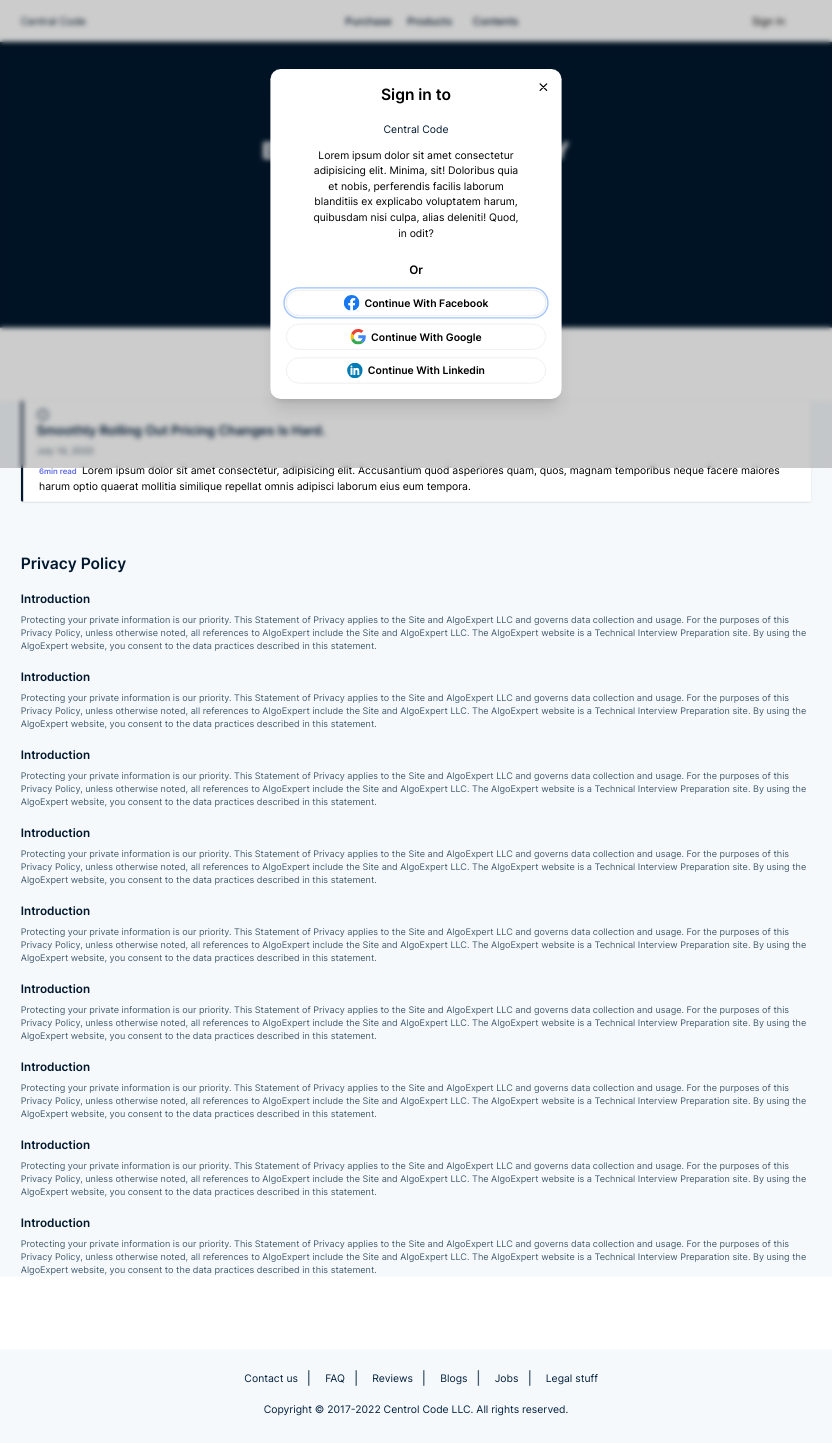
Repository: om1ars/Xjkey
Page: /privacy
An editor plug-in stored every save of this project. The page is shown before and after the next save, followed by the edit.
The browser window is 1280 px wide. The pictures show the whole page, at 65% of full size.
The project was rebuilt for these pictures with package versions that can differ from the ones it lists, and the page was loaded fresh each time. The framework's server and built-in components were replaced by stand-ins that run in the browser. Also part of the build but not shown: next.config.js.

Above is the page before, as saved 2022-03-20 23:39:17.

After the next save:
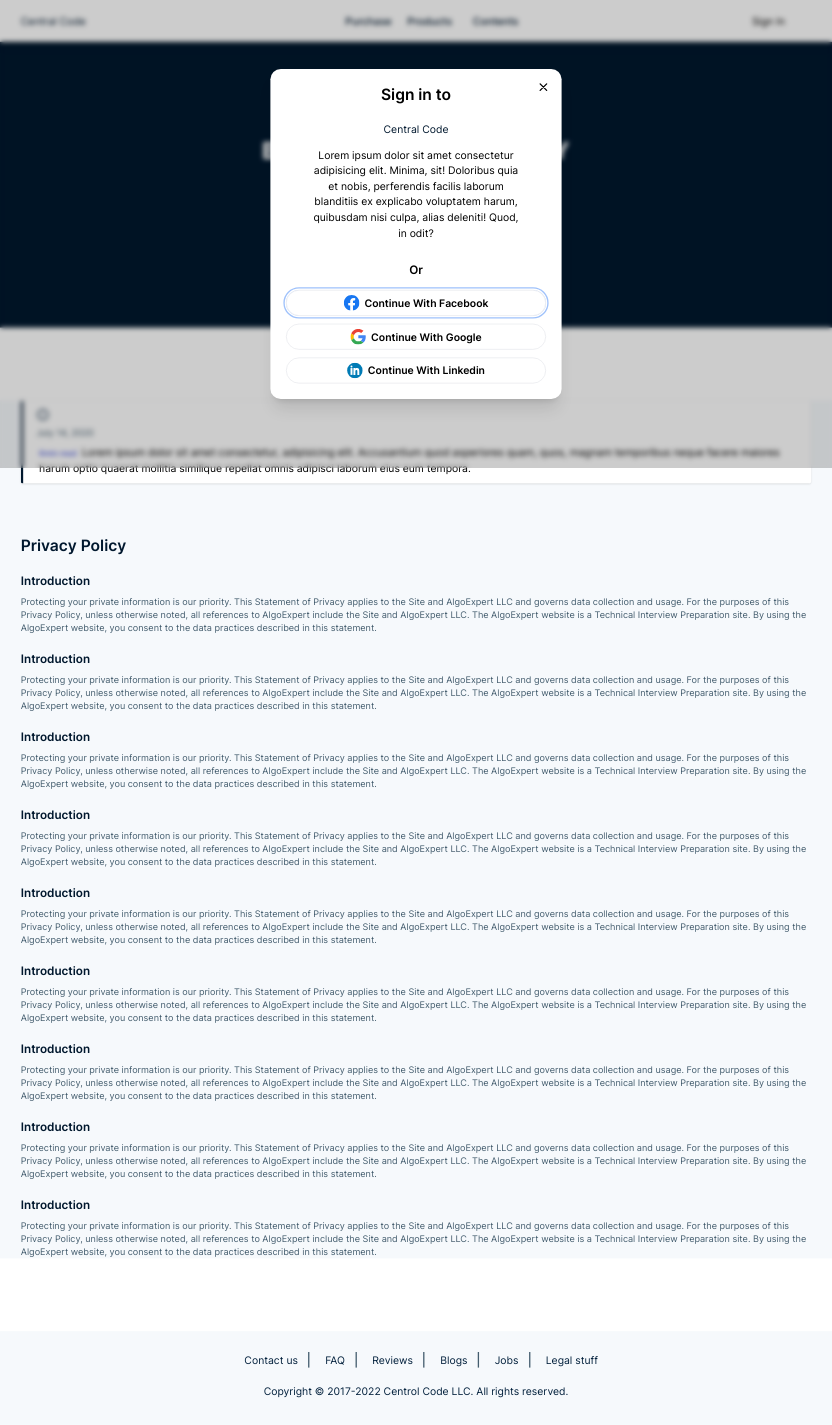
Saved 6 s later.
--- a/src/pages/privacy.tsx
+++ b/src/pages/privacy.tsx
@@ -19,7 +19,6 @@
 
                   <AiOutlineInfoCircle />
 
-                  Smoothly Rolling Out Pricing Changes Is Hard.
                 </h6>
                 <h4 className="mt-2 mb-2  text-left text-sm text-textColor">
                   July 14, 2020

After the 3 saves that followed:
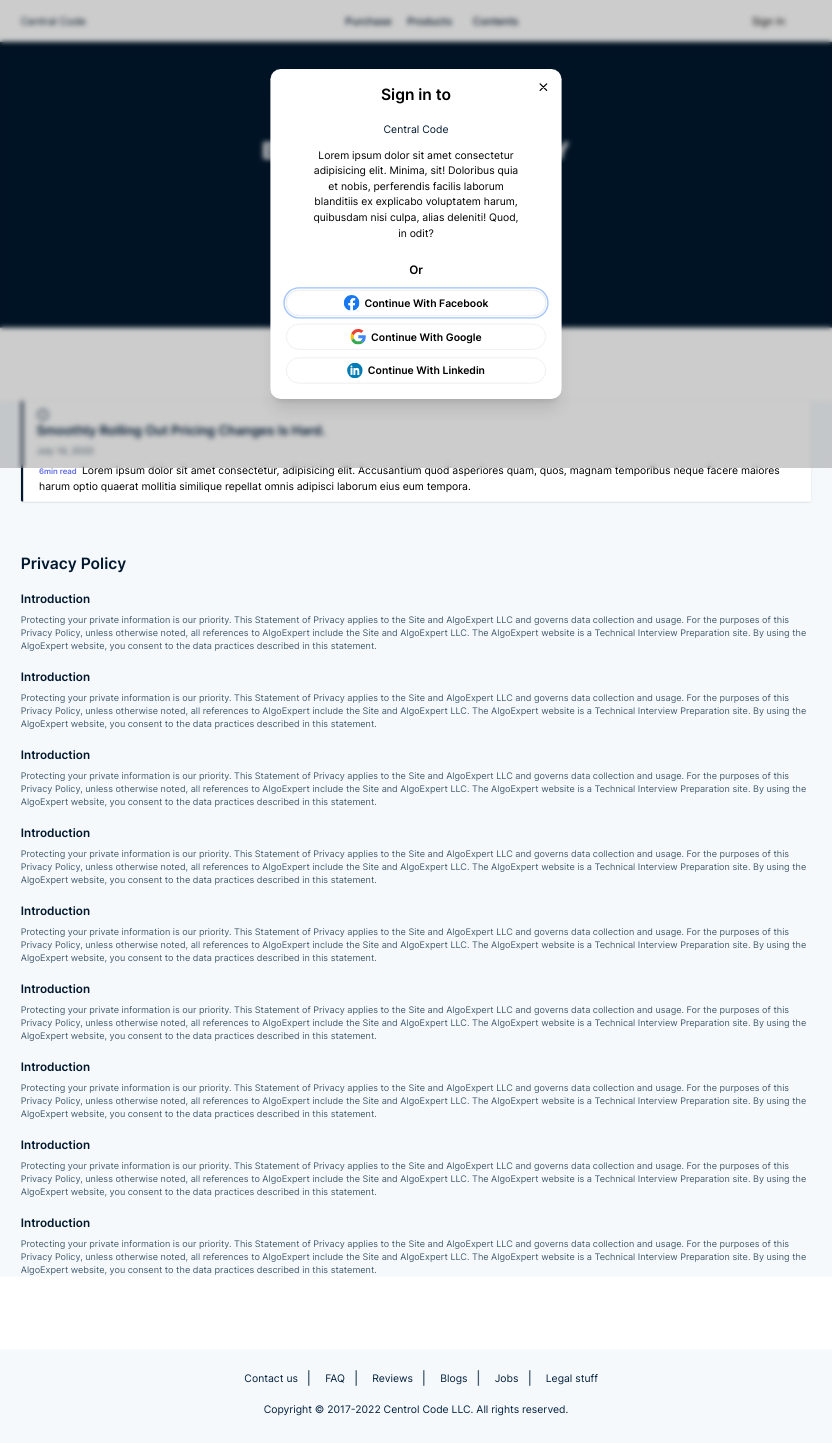
The 3 saves are shown as one change because 1 left the picture as it was and some came seconds apart.
The last was saved 14 s later.
--- a/src/pages/privacy.tsx
+++ b/src/pages/privacy.tsx
@@ -16,9 +16,8 @@
             <div className="flex flex-row items-center justify-between">
               <div>
                 <h6 className="text-xl font-semibold  text-textBold">
-
                   <AiOutlineInfoCircle />
-
+                  <span>Smoothly Rolling Out Pricing Changes Is Hard.</span>
                 </h6>
                 <h4 className="mt-2 mb-2  text-left text-sm text-textColor">
                   July 14, 2020
